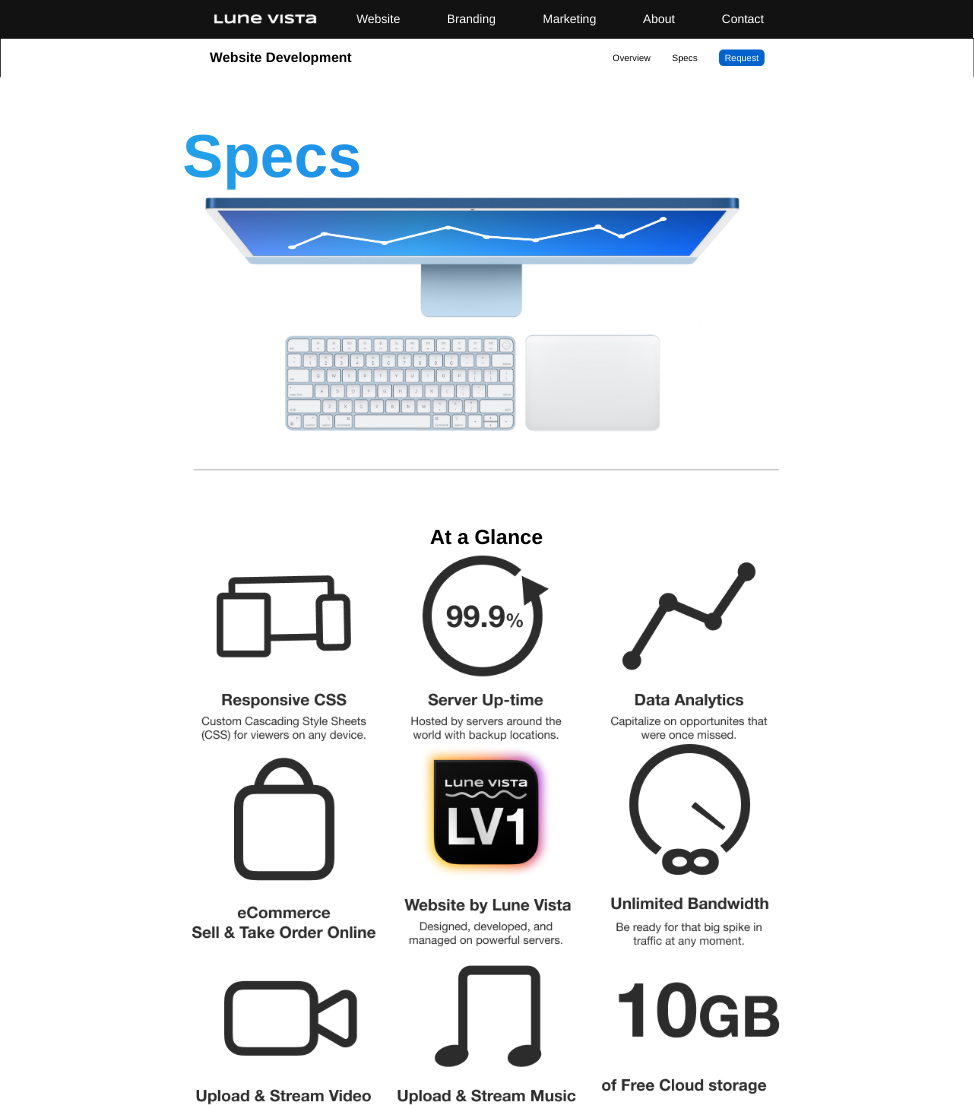
Repository: yoItsTyler/templates
Page: /specs
An editor plug-in stored every save of this project. The page is shown before and after the next save, followed by the edit.
The browser window is 1280 px wide. The page is 1282 px wide, so the pictures cover 1282 px, including what lies to the right of the window. The pictures show the whole page, at 76% of full size.
Some web fonts or font styles are not loaded; a fallback is used. The project was rebuilt for these pictures with package versions that can differ from the ones it lists, and the page was loaded fresh each time. Also part of the build but not shown: src/components/Home/styles.module.css, src/components/Navbar/styles.module.css, src/components/Navbar/Navbar.js, src/components/NavbarMobile/styles.module.css, src/components/NavbarMobile/NavbarMobile.js, src/components/Home/Home.js, src/components/Web/styles.module.css, src/components/Web/Web.js.

Above is the page before, as saved 2022-11-17 14:09:28.

### public/index.html
<!DOCTYPE html>
<html lang="en">
  <head>
    <meta charset="utf-8" />
    <link rel="icon" href="%PUBLIC_URL%/favicon.ico" />
    <meta name="viewport" content="width=device-width, initial-scale=1" />
    <meta name="theme-color" content="#000000" />
    <meta
      name="description"
      content="Web site created using create-react-app"
    />
    <link rel="apple-touch-icon" href="%PUBLIC_URL%/logo192.png" />
    <!--
      manifest.json provides metadata used when your web app is installed on a
      user's mobile device or desktop. See https://developers.google.com/web/fundamentals/web-app-manifest/
    -->
    <link rel="manifest" href="%PUBLIC_URL%/manifest.json" />
    <!--
      Notice the use of %PUBLIC_URL% in the tags above.
      It will be replaced with the URL of the `public` folder during the build.
      Only files inside the `public` folder can be referenced from the HTML.

      Unlike "/favicon.ico" or "favicon.ico", "%PUBLIC_URL%/favicon.ico" will
      work correctly both with client-side routing and a non-root public URL.
      Learn how to configure a non-root public URL by running `npm run build`.
    -->
    <title>Root Template</title>
  </head>
  <body>
    <noscript>You need to enable JavaScript to run this app.</noscript>
    <div id="root"></div>
    <!--
      This HTML file is a template.
      If you open it directly in the browser, you will see an empty page.

      You can add webfonts, meta tags, or analytics to this file.
      The build step will place the bundled scripts into the <body> tag.

      To begin the development, run `npm start` or `yarn start`.
      To create a production bundle, use `npm run build` or `yarn build`.
    -->
  </body>
</html>

### src/index.js
import React from 'react';
import  ReactDOM  from 'react-dom';
import './index.css';
import reportWebVitals from './reportWebVitals';
import { BrowserRouter as Router } from 'react-router-dom';
import { App } from './components/App';

ReactDOM.render(
  <React.StrictMode>
    <Router>
     <App/>
    </Router>
  </React.StrictMode>,
  document.getElementById('root'),
);



// If you want to start measuring performance in your app, pass a function
// to log results (for example: reportWebVitals(console.log))
// or send to an analytics endpoint. Learn more: https://bit.ly/CRA-vitals
reportWebVitals();

### src/index.css


@import url('https://fonts.cdnfonts.com/css/work-sans');
html, body{
  min-height: fit-content;
 height: 100vh;
  width: 100vw;
  max-width: 100vw;
  margin: 0;
  overflow-x: hidden;
  -ms-overflow-style: none;  /* IE and Edge */
  scrollbar-width: none;  /* Firefox */
  scroll-behavior: smooth;



}
body {



  font-family:  -apple-system, BlinkMacSystemFont, 'Segoe UI', 'Roboto', 'Oxygen',
    'Ubuntu', 'Cantarell', 'Fira Sans', 'Droid Sans', 'Helvetica Neue',
    sans-serif;
    font-family: 'Helvetica';
    font-style: normal;
  -webkit-font-smoothing: antialiased;
  -moz-osx-font-smoothing: grayscale;

  font-family: 'Helvetica', sans-serif;
  -webkit-font-smoothing: antialiased;
  -moz-osx-font-smoothing: grayscale;
}
body::-webkit-scrollbar{
  display: none;
}


code {
  font-family: source-code-pro, Menlo, Monaco, Consolas, 'Courier New',
    monospace;
}

### src/components/App/App.js
import { useEffect, useState } from 'react';
import { Route, Switch } from 'react-router-dom';
import { Home } from '../Home';
import { Navbar } from '../Navbar/Navbar';
import { NavbarMobile } from '../NavbarMobile';
import { Specs } from '../Specs';
import { Web } from '../Web/Web';
import styles from './styles.module.css';






export const App = () => {




    return(
        <div className={styles.main}>


            <Switch>
                 <Route exact path = '/web' component={Web}/>
                 <Route exact path = '/specs' component={Specs}/>
                <Route path={['/']} component={Home}/>

            </Switch>
        </div>
    )
}

### src/components/NavbarMobile/index.js
export * from './NavbarMobile';

### src/components/Specs/index.js
export * from './Specs';

### src/components/App/styles.module.css
.main{
    margin-top: 0;
    min-height: fit-content;
    height: 100vh;
    width: 100%;
    max-width: 100vw;
}

### src/components/Specs/Specs.js
import { NavbarWeb } from '../NavbarWeb/NavbarWeb';
import { NavBarWebSub } from '../NavBarWebSub/NavBarWebSub';
import styles from './styles.module.css';
import deskT from '../../images/Group 13spec.png';
import f57 from '../../images/Frame 57.png';
import f58 from '../../images/Frame 58.png';
import f59 from '../../images/Frame 59.png';
import f60 from '../../images/Frame 60.png';
import f61 from '../../images/Frame 61.png';
import f62 from '../../images/Frame 62.png';
import f63 from '../../images/Frame 63.png';
import f64 from '../../images/Frame 64.png';
import f65 from '../../images/Frame 65.png';


/*<div className={styles.iconCont}>
 </div>

*/

export const Specs = () => {


    return(
        <div className={styles.main}>
            <NavbarWeb/>
            <NavBarWebSub/>

            <div className={styles.page}>
                <div className={styles.specCont}>
            <div className={styles.specsT}>Specs</div>
            <img src={deskT} className ={styles.deskT}/>
            </div>

            <div className={styles.line}></div>

            <div className={styles.glance}>At a Glance</div>

            <div className={styles.container}>

                    <img className={styles.iconCont} src={f57}/>
                    <img className={styles.iconCont} src={f58}/>
                    <img className={styles.iconCont} src={f59}/>
                    <img className={styles.iconCont} src={f60}/>
                    <img className={styles.iconCont} src={f61}/>
                    <img className={styles.iconCont} src={f62}/>
                    <img className={styles.iconCont} src={f63}/>
                    <img className={styles.iconCont} src={f64}/>
                    <img className={styles.iconCont} src={f65}/>




            </div>




            </div>



        </div>
    )
}

### src/components/NavbarWeb/NavbarWeb.js
import styles from './styles.module.css';
import logo2 from '../../images/LuneVistaLogo.png';
import search from '../../images/search.png';
import { useHistory } from 'react-router-dom';


export const NavbarWeb = () => {
    const history = useHistory();

// <div className={styles.falseDiv}></div>
    return (
        <div className={styles.main}>

            <div className={styles.row}>


                <div className={styles.logo}
                onClick={()=> history.push('/')}
                >
                    <img src={logo2} style={{width: '100%', height: ''}} />

                </div>


                    <div className={styles.pages}>
                        <div className={styles.page}
                        onClick={() => history.push('/web')}
                        >Website</div>
                        <div className={styles.page}>Branding</div>
                        <div className={styles.page}>Marketing</div>
                        <div className={styles.page}>About</div>
                        <div className={styles.page}>Contact</div>
                    </div>














            </div>





        </div>

    )
}

### src/components/NavBarWebSub/NavBarWebSub.js
import styles from './styles.module.css';


export const NavBarWebSub = () => {


    return(
        <div className={styles.main}>
            <div className={styles.row}>
                <div className = {styles.title}>
                    Website Development
                </div>
                <div className={styles.btnRow}>
                    <div className={styles.btnTxt}>Overview</div>
                    <div className={styles.btnTxt}>Specs</div>
                    <div className={styles.requestBtn}>Request</div>
                </div>



            </div>




        </div>
    )
}

### src/components/Specs/styles.module.css
.main{


}
.page{
    position: absolute;
    margin-top: 100px;
    width: 100%;
    display: flex;
    flex-direction: column;
    justify-content: center;
    align-items: center;


}
.specCont{
    justify-self: center;
    align-self: center;
    display: flex;
    flex-direction: column;
    width: 800px;
    max-width: 96%;

}

.specsT{
    background: linear-gradient(93.88deg, #24A3EA -2.95%, #115FDE 102.42%);
    -webkit-background-clip: text;
-webkit-text-fill-color: transparent;
background-clip: text;
    font-size: 80px;
    font-weight: 700;
    margin-top: 60px;
    margin-bottom: -40px;
}
.deskT{
    width:800px;
    max-width: 96%;
}
.glance{
    font-size: 27px;
    font-weight: 700;
    margin-top: 50px;
}
.line{
    margin-top: 23px;
    margin-bottom: 23px;
    width: 800px;

    max-width: 60%;

    border: 1px solid #CCCCCC;
}
.container{
    width: 800px;
    max-width: 96%;
    display: grid;
    grid-template-columns: repeat(3, 1fr);
    columns: 3;
    align-items: center;
    align-content: center;
    justify-content: center;
    justify-items: center;


}
@media only screen and (max-width: 712px) {
    .container{
        grid-template-columns: repeat(1, 1fr);
    }
}
.iconCont{
    justify-content: center;
}

### src/components/NavbarWeb/styles.module.css
.main{
    width: 100vw;
    max-width: 100vw;
    height: 50px;
    margin-top: 0;

    background-color: hsl(0, 0%, 7%);
    position: fixed;
    display: flex;
    z-index: 1;
    justify-content: center;



}
.row{
    width: 100%;

    align-self: center;

    height: 50px;
    max-width: 730px;

    color: #FFFFFF;
 display: flex;
 align-items: center;

justify-content: space-between;



}
.logo{

    padding-left: min(16px, 1.0%);
    height: 32px;
    cursor: pointer;
    display: flex;
    align-content: center;
    align-items: center;
    justify-content: center;
      justify-self: left;
    max-width: 134px;




}
.falseDiv{
    padding-right: min(16px, 1.0%);
    width: 134px;



}
.rightSide{
   align-self: center;
  justify-self: center;


}
.pages{
    flex-basis: 1;
    display: flex;
   height: 32px;


    width: 80%;
    max-width: 536px;
    align-items: center;
    justify-content: space-between;
    justify-self: center;




}

.page{

    font-weight: 400;
    font-size: 16px;
    line-height: 24px;
   cursor: pointer;

   height: 24px;
   align-content: center;
   align-items: center;

   padding-left: 0px;
   padding-right: 0px;

}
.page:hover{
    background-color: rgba(0, 0, 0, 0.3);
   border-radius: 3px;
}



.search{
   padding-right: min(16px, 1.5%);
margin-left: auto;


}

### src/components/NavBarWebSub/styles.module.css
.main{
    width: 100vw;
    height: 50px;
    position: absolute;
    margin-top: 50px;
    display: flex;
    justify-content: center;
    z-index: 1;
    border-bottom: white;
    border-width: 1px;
    border-style: solid;
}
.row{
    display: flex;
    width: 100%;
    max-width: 730px;
    justify-content: space-between;
    align-items: center;
    padding-left: 6px;
    padding-right: 6px;
}
.btnRow{
    display: flex;
    width: 200px;
    justify-content: space-between;
    padding-left: 6px;
    align-items: center;
}
.title{
    font-size: 18px;
    font-weight: 700;
    min-width: fit-content;
}
.btnTxt{
    font-size: 12px;
    font-weight: 400;
    line-height: 14px;
    cursor: pointer;

}
.requestBtn{
    font-size: 12px;
    font-weight: 400;
    background-color: #0062CC;
    color: white;
    height: 22px;
    width: 60px;
    display: flex;
    flex-direction: column;
    align-items: center;

    justify-content: center;
    border-radius: 6px;
    line-height: 20px;
    cursor: pointer;
}

Loaded but not shown: src/reportWebVitals.js (common file); src/components/App/index.js (common file); src/components/Home/index.js (common file); src/components/Home/mobile.module.css (no stored copy; drawn as an empty file)

After the next save:
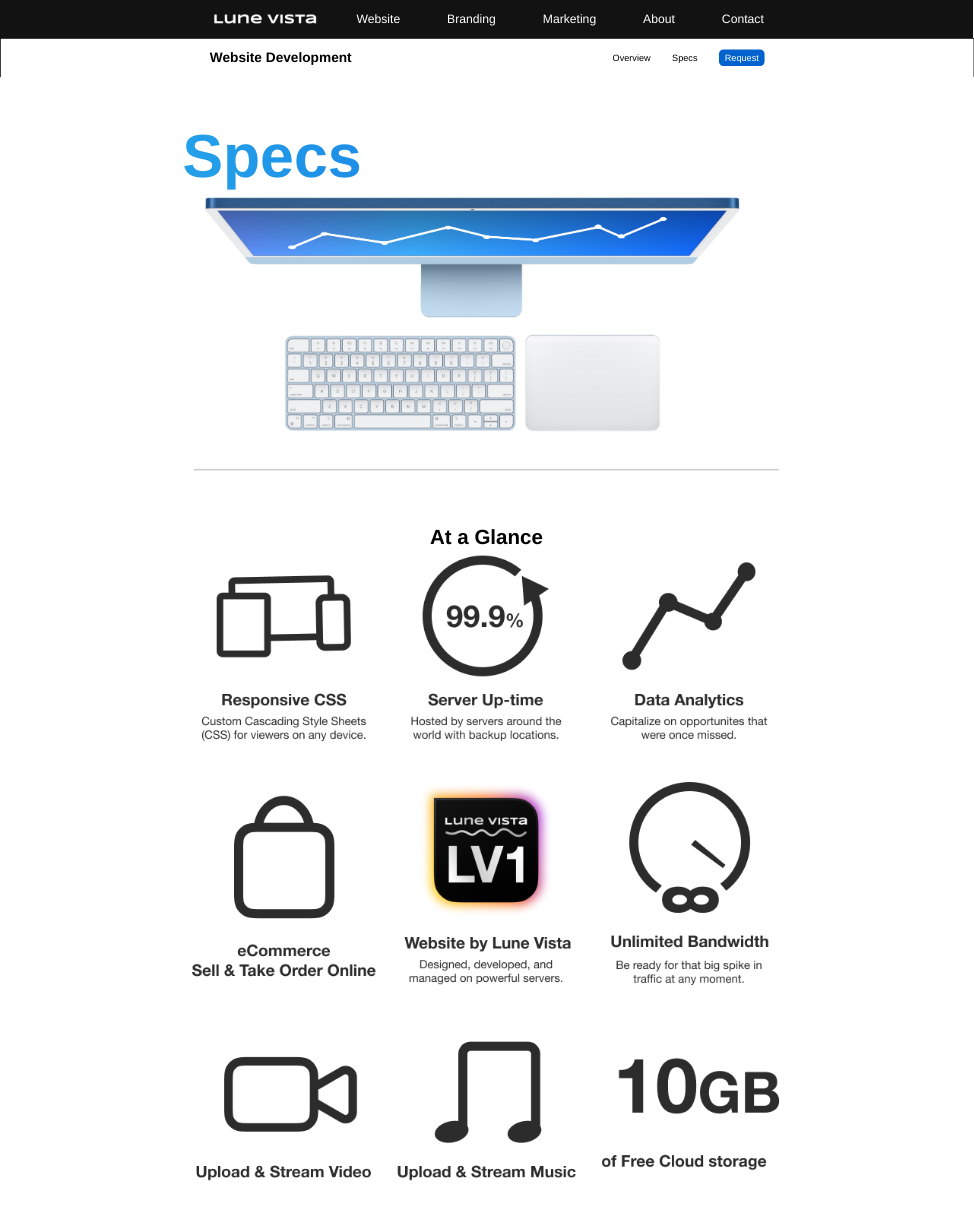
Saved 13 s later.
--- a/src/components/Specs/styles.module.css
+++ b/src/components/Specs/styles.module.css
@@ -70,5 +70,5 @@
     }
 }
 .iconCont{
-    justify-content: center;
+  margin-bottom: 50px;
 }
